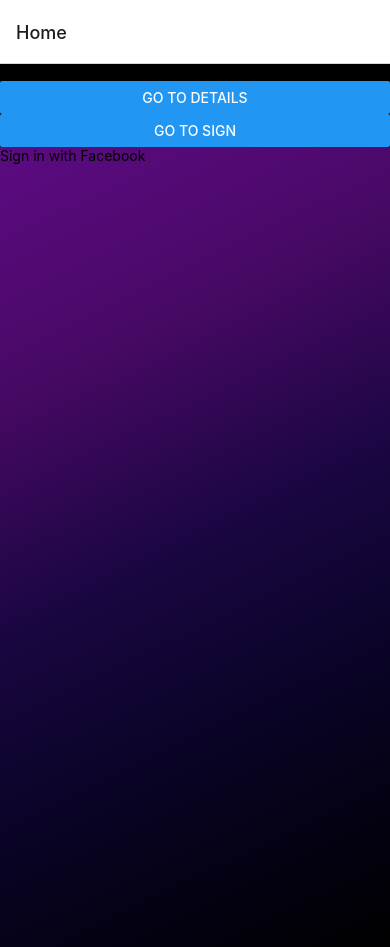
Repository: eyebone/barManager
Screen: /
These files come from the project's save history. The screen is drawn as it stood at one moment and after a run of saves; the edit follows.
The app was drawn by React Native's web renderer in a window 390 px wide. The project was rebuilt for these pictures with package versions that can differ from the ones it lists, and the page was loaded fresh each time. Some packages were replaced by stand-ins written for this rebuild. Also part of the build but not shown: components/EmojiPicker.js, components/Button.js, components/ImageViewer.js, components/circleButton.js, components/IconButton.js, view/ViewOne.js, view/Sign.js.

Above is the screen before, as saved 2023-06-26 14:03:06.

After the next 2 saves:
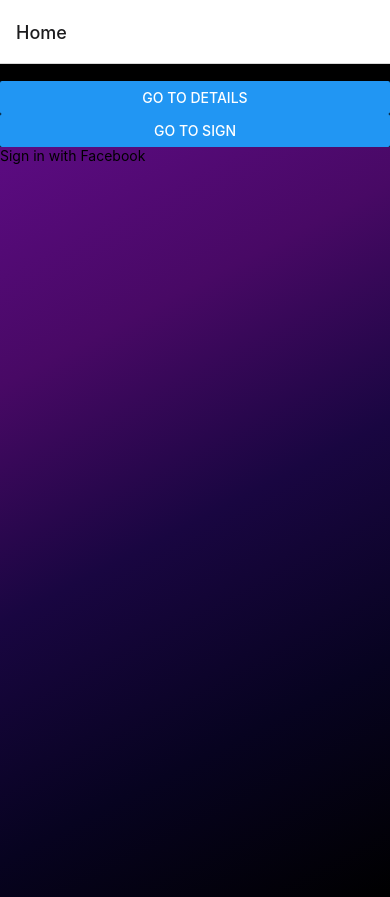
The 2 saves are shown as one change because they came seconds apart.
The last was saved 7 s later.
--- a/App.js
+++ b/App.js
@@ -53,6 +53,6 @@ const styles = StyleSheet.create({
     //    alignItems: 'center',
   },
   linearGradient: {
-    height: 800,
+    height: 750,
   },
 });
